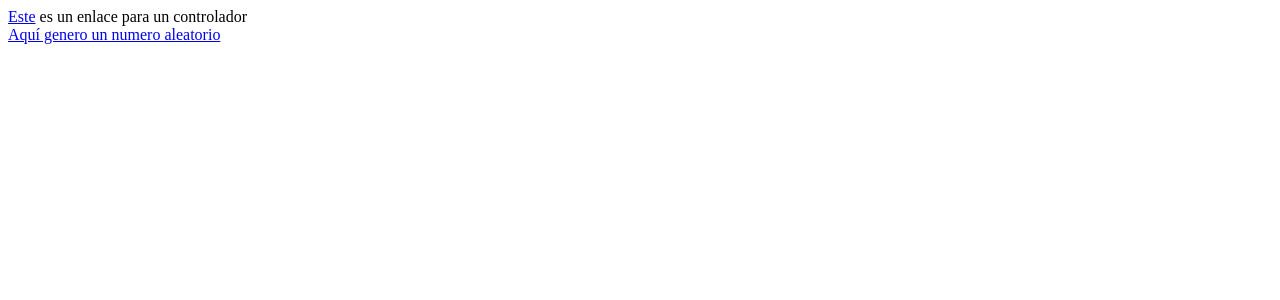
Repository: FelixRN/Second-Year
Page: DAWES/eclipse_casa/SaludoSpringBoot/src/main/resources/static/index.html
An editor plug-in stored every save of this project. The page is shown before and after the next save, followed by the edit.
The browser window is 1280 px wide. The pictures show the whole page.

Above is the page before, as saved 2025-10-30 05:55:03.

After the next save:
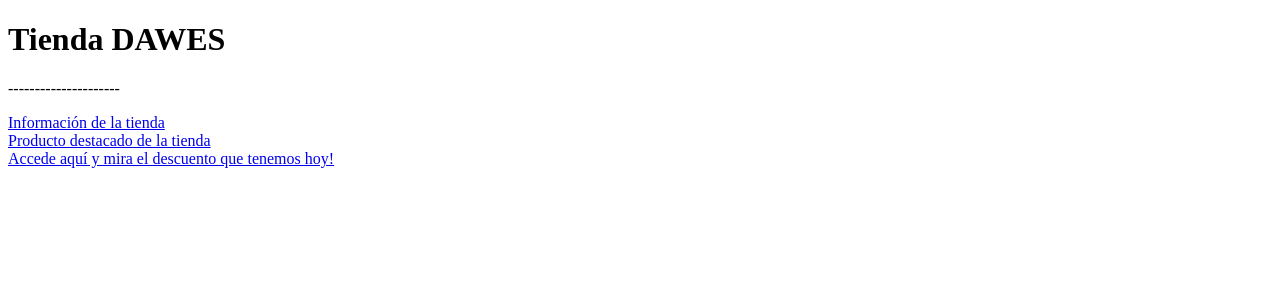
Saved 3 min 46 s later.
--- a/DAWES/eclipse_casa/SaludoSpringBoot/src/main/resources/static/index.html
+++ b/DAWES/eclipse_casa/SaludoSpringBoot/src/main/resources/static/index.html
@@ -5,8 +5,13 @@
 <title>Saludo</title>
 </head>
 <body>
-<a href="http://localhost:8080/hola">Este</a> es un enlace para un controlador
+<h1>Tienda DAWES</h1>
+<p>---------------------</p>
+
+<a href="http://localhost:8080/info">Información de la tienda</a>
 <br>
-<a href="http://localhost:8080/aleatorio">Aquí genero un numero aleatorio</a>
+<a href="http://localhost:8080/product">Producto destacado de la tienda</a>
+<br>
+<a href="http://localhost:8080/discount">Accede aquí y mira el descuento que tenemos hoy!</a>
 </body>
 </html>
